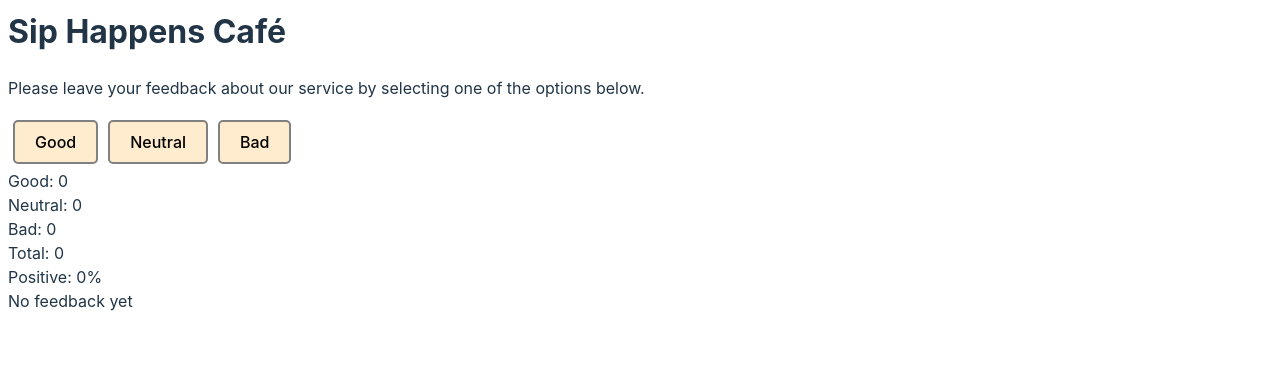
Repository: Evgeniya-Tishakova/goit-react-hw-02
Page: /
The author's editor kept a copy of each file at every save. The page is drawn from the files as they stood at one save, then again after the next save.
The browser window is 1280 px wide. The pictures show the whole page.
The project was rebuilt for these pictures with package versions that can differ from the ones it lists, and the page was loaded fresh each time. Also part of the build but not shown: vite.config.js.

Above is the page before, as saved 2025-02-28 16:29:21.

After the next save:
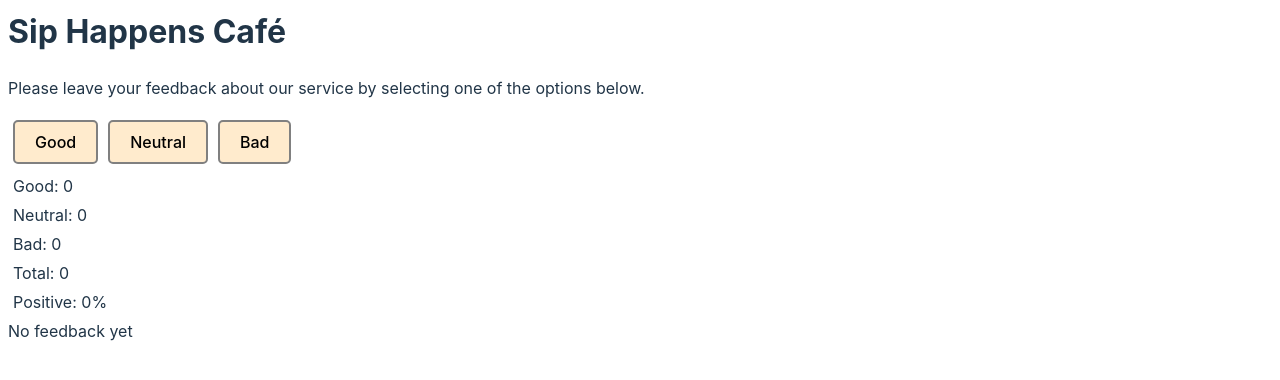
Saved 25 s later.
--- a/src/components/Feedback/Feedback.module.css
+++ b/src/components/Feedback/Feedback.module.css
@@ -1 +1,3 @@
-.descr {}
+.descr {
+    margin: 5px;
+}
